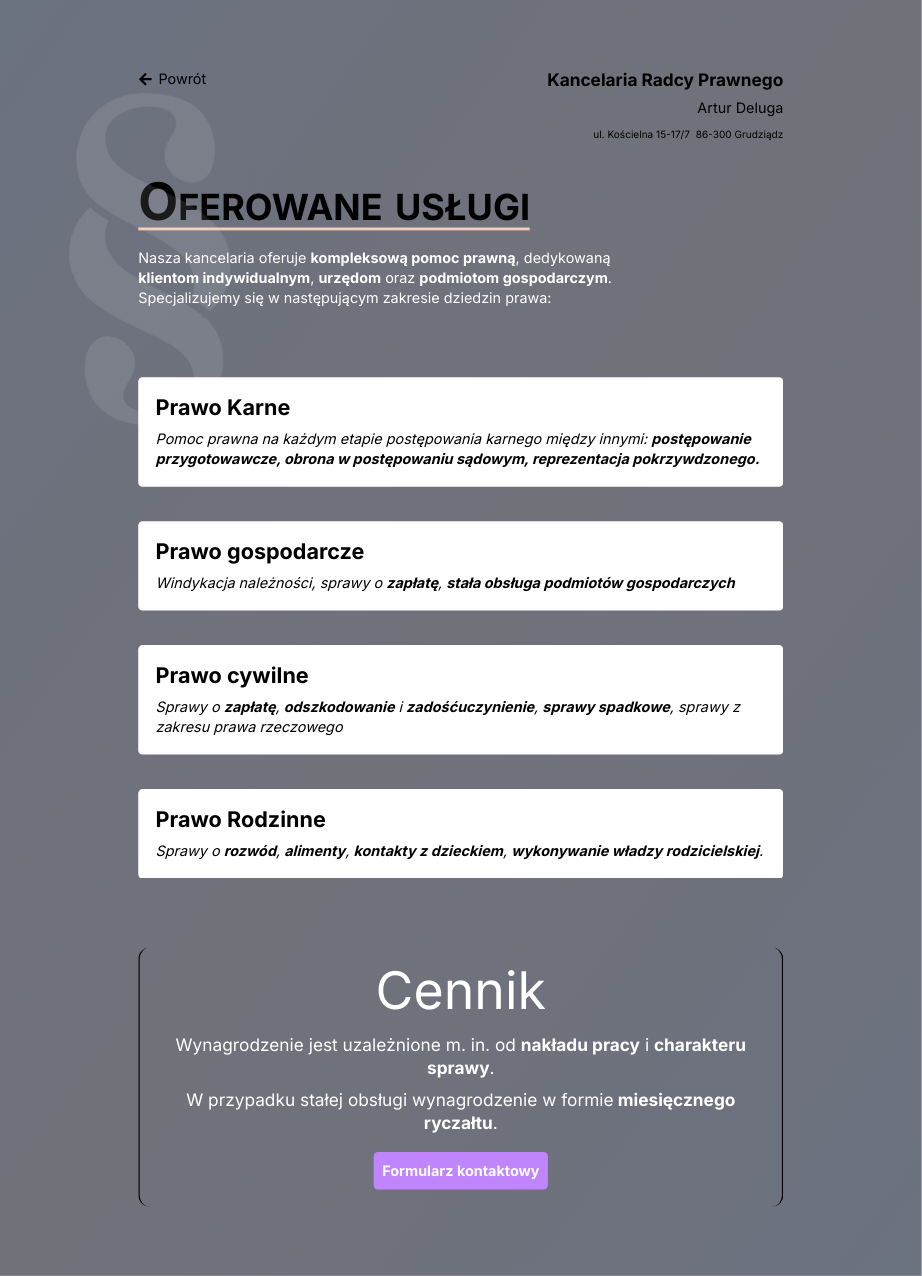
Repository: wesiudev/kancelaria-artur-deluga
Page: /oferta
The author's editor kept a copy of each file at every save. The page is drawn from the files as they stood at one save, then again after the next save.
The browser window is 1280 px wide. The pictures show the whole page, at 72% of full size.
The project was rebuilt for these pictures with package versions that can differ from the ones it lists, and the page was loaded fresh each time. The framework's server and built-in components were replaced by stand-ins that run in the browser. Also part of the build but not shown: next.config.js.

Above is the page before, as saved 2023-08-09 16:47:36.

After the next save:
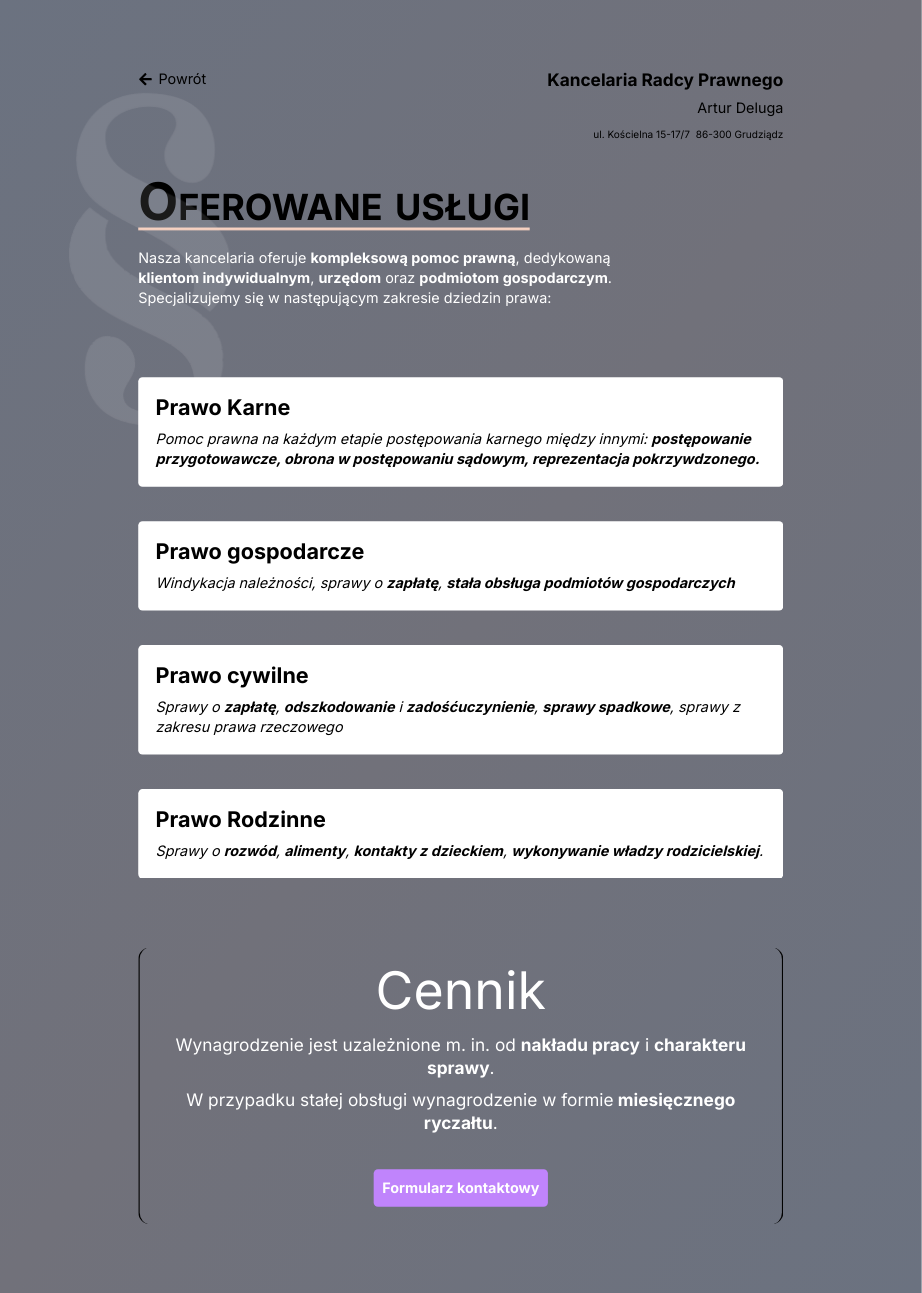
Saved 6 s later.
--- a/app/oferta/page.tsx
+++ b/app/oferta/page.tsx
@@ -150,7 +150,7 @@ export default function OfferMobile() {
             </p>
             <button
               onClick={() => setContactOpen(true)}
-              className=" p-3 bg-purple-400 hover:bg-purple-300 duration-300 mt-6 w-max mx-auto rounded-md text-xl text-white font-bold"
+              className=" p-3 bg-purple-400 hover:bg-purple-300 duration-300 mt-12 w-max mx-auto rounded-md text-xl text-white font-bold"
             >
               Formularz kontaktowy
             </button>
